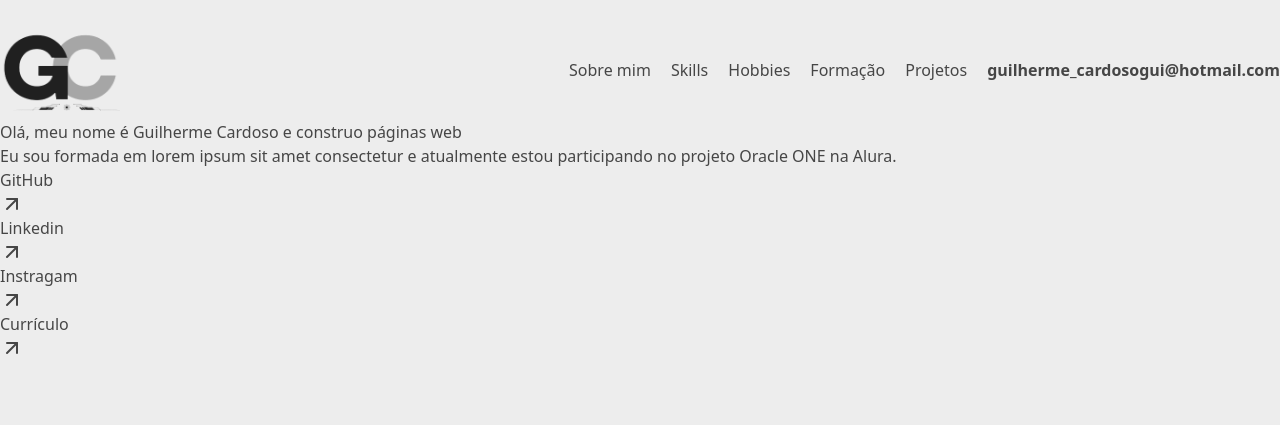
Repository: guilhermecardoso93/portfolio-alura-desafio
Page: /
These files come from the project's save history. The page is drawn as it stood at one moment and after the next save; the edit follows.
The browser window is 1280 px wide. The pictures show the whole page.
The project was rebuilt for these pictures with package versions that can differ from the ones it lists, and the page was loaded fresh each time. Also part of the build but not shown: vite.config.js.

Above is the page before, as saved 2024-04-06 19:33:08.

### index.html
<!DOCTYPE html>
<html lang="en">
  <head>
    <meta charset="UTF-8" />
    <link rel="icon" type="image/png" href="/logo.png" />
    <meta name="viewport" content="width=device-width, initial-scale=1.0" />
    <title>Alura Desafio</title>
  </head>
  <body class="bg-[#EDEDED] text-[#464646] antialiased">
    <div id="root"></div>
    <script type="module" src="/src/main.jsx"></script>
  </body>
</html>

### src/App.jsx
import { Hero } from "./components/hero";
import { Navbar } from "./components/navbar";

export function App() {
  return (
    <div className="max-w-[1416px] mx-auto py-5">
      <Navbar />
      <Hero />
    </div>
  );
}

### src/components/hero.jsx
import { ArrowUpRight } from 'lucide-react';

export function Hero() {
  return (
    <main>
      <h1>Olá, meu nome é Guilherme Cardoso e construo páginas web</h1>
      <span>
        Eu sou formada em lorem ipsum sit amet consectetur e atualmente estou
        participando no projeto Oracle ONE na Alura.
      </span>
      <ul>
        <li>
          <a>
            GitHub
            <ArrowUpRight />
          </a>
        </li>
        <li>
          <a>
            Linkedin
            <ArrowUpRight />
          </a>
        </li>
        <li>
          <a>
            Instragam
            <ArrowUpRight />
          </a>
        </li>
        <li>
          <a>
            Currículo
            <ArrowUpRight />
          </a>
        </li>
      </ul>
    </main>
  );
}

### src/components/navbar.jsx
import Logo from "../assets/logo.png";

export function Navbar() {
  return (
    <nav className="w-full flex flex-row justify-between itens-center">
      <img src={Logo} alt="logotipo GC" className="w-[120px] h-[100px]" />
      <ul className="flex items-center gap-5">
        <li>
          <a href="/">Sobre mim</a>
        </li>
        <li>
          <a href="/">Skills</a>
        </li>
        <li>
          <a href="/">Hobbies</a>
        </li>
        <li>
          <a href="/">Formação</a>
        </li>
        <li>
          <a href="/">Projetos</a>
        </li>
        <li className="font-bold">
          <a href="/">guilherme_cardosogui@hotmail.com</a>
        </li>
      </ul>
    </nav>
  );
}

Loaded but not shown: src/main.jsx (common file); src/index.css (common file); tailwind.config.js (common file)

After the next save:
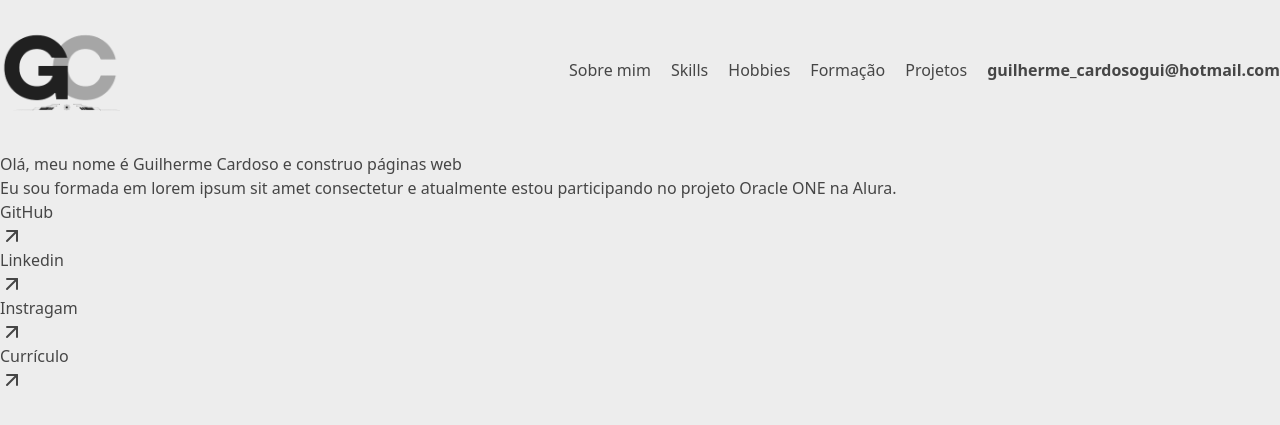
Saved 24 min 3 s later.
--- a/src/components/hero.jsx
+++ b/src/components/hero.jsx
@@ -2,7 +2,7 @@
 
 export function Hero() {
   return (
-    <main>
+    <main className='py-8'>
       <h1>Olá, meu nome é Guilherme Cardoso e construo páginas web</h1>
       <span>
         Eu sou formada em lorem ipsum sit amet consectetur e atualmente estou
